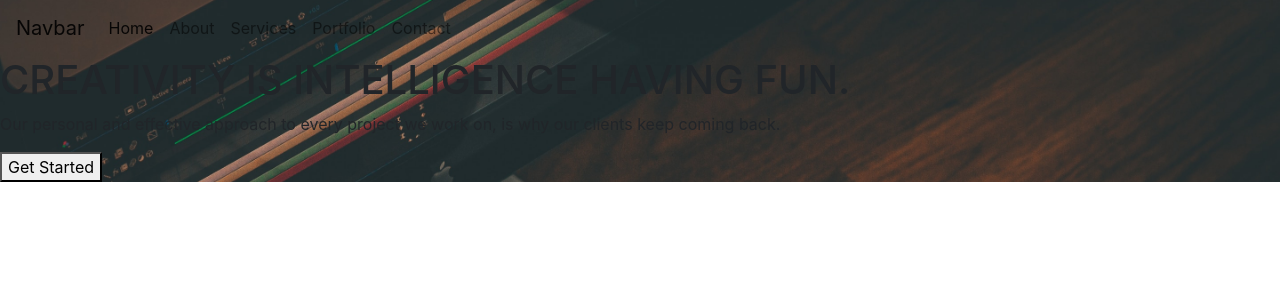
Repository: Syfon01/hng-port
Page: index.html
An editor plug-in stored every save of this project. The page is shown before and after a run of saves, followed by the edit.
The browser window is 1280 px wide. The pictures show the whole page.

Above is the page before, as saved 2020-06-27 20:29:43.

After the next 3 saves:
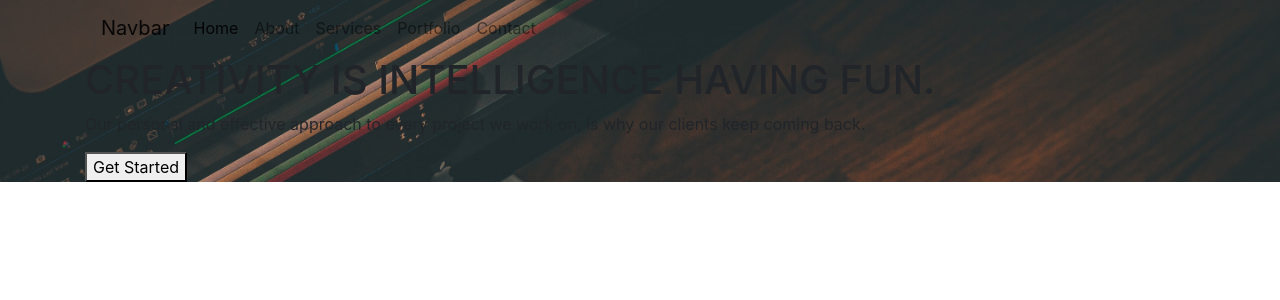
The 3 saves are shown as one change because they came seconds apart.
The last was saved 23 s later.
--- a/index.html
+++ b/index.html
@@ -14,44 +14,44 @@
   <body>
     <section id="home">
       <div class="container">
+        <nav class="navbar navbar-expand-lg navbar-light ">
+          <a class="navbar-brand" href="#">Navbar</a>
+          <button class="navbar-toggler" type="button" data-toggle="collapse" data-target="#navbarNav" aria-controls="navbarNav"
+            aria-expanded="false" aria-label="Toggle navigation">
+            <span class="navbar-toggler-icon"></span>
+          </button>
+          <div class="collapse navbar-collapse" id="navbarNav">
+            <ul class="navbar-nav">
+              <li class="nav-item active">
+                <a class="nav-link" href="#">Home <span class="sr-only">(current)</span></a>
+              </li>
+              <li class="nav-item">
+                <a class="nav-link" href="#">About</a>
+              </li>
+              <li class="nav-item">
+                <a class="nav-link" href="#">Services</a>
+              </li>
 
+              <li class="nav-item">
+                <a class="nav-link" href="#">Portfolio</a>
+              </li>
+              <li class="nav-item">
+                <a class="nav-link " href="#">Contact</a>
+              </li>
+            </ul>
+          </div>
+        </nav>
+
+        <div class="home-content">
+          <h1>CREATIVITY IS
+            INTELLIGENCE HAVING FUN.</h1>
+          <p>Our personal and effective approach to every
+            project we work on, is why our clients
+            keep coming back.</p>
+        </div>
+        <button type="submit">Get Started</button>
       </div>
-      <nav class="navbar navbar-expand-lg navbar-light ">
-        <a class="navbar-brand" href="#">Navbar</a>
-        <button class="navbar-toggler" type="button" data-toggle="collapse" data-target="#navbarNav" aria-controls="navbarNav"
-          aria-expanded="false" aria-label="Toggle navigation">
-          <span class="navbar-toggler-icon"></span>
-        </button>
-        <div class="collapse navbar-collapse" id="navbarNav">
-          <ul class="navbar-nav">
-            <li class="nav-item active">
-              <a class="nav-link" href="#">Home <span class="sr-only">(current)</span></a>
-            </li>
-            <li class="nav-item">
-              <a class="nav-link" href="#">About</a>
-            </li>
-            <li class="nav-item">
-              <a class="nav-link" href="#">Services</a>
-            </li>
 
-            <li class="nav-item">
-              <a class="nav-link" href="#">Portfolio</a>
-            </li>
-            <li class="nav-item">
-              <a class="nav-link " href="#">Contact</a>
-            </li>
-          </ul>
-        </div>
-      </nav>
-
-      <div class="home-content">
-        <h1>CREATIVITY IS
-        INTELLIGENCE HAVING FUN.</h1>
-        <p>Our personal and effective approach to every
-        project we work on, is why our clients
-        keep coming back.</p>
-      </div>
-      <button type="submit">Get Started</button>
     </section>
     <section id="about">
 
